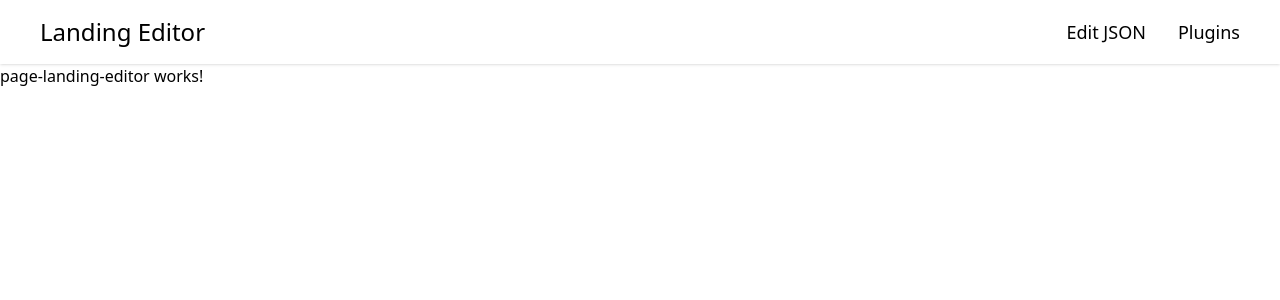
Repository: ShumilovMikhail/plugins-app
Page: / (app in app/frontend/)
These files come from the project's save history. The page is drawn as it stood at one moment and after the next save; the edit follows.
The browser window is 1280 px wide. The pictures show the whole page.
The project was rebuilt for these pictures with package versions that can differ from the ones it lists, and the page was loaded fresh each time. Also part of the build but not shown: app/frontend/angular.json.

Above is the page before, as saved 2024-05-13 07:54:05.

After the next save:
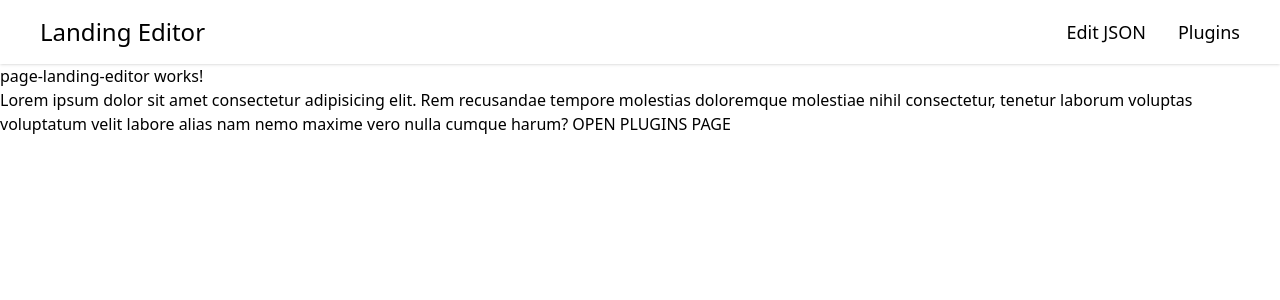
Saved 14 min 4 s later.
--- a/app/frontend/src/app/pages/page-landing-editor/page-landing-editor.component.html
+++ b/app/frontend/src/app/pages/page-landing-editor/page-landing-editor.component.html
@@ -1 +1,4 @@
 <p>page-landing-editor works!</p>
+Lorem ipsum dolor sit amet consectetur adipisicing elit. Rem recusandae tempore molestias doloremque molestiae nihil
+consectetur, tenetur laborum voluptas voluptatum velit labore alias nam nemo maxime vero nulla cumque harum?
+OPEN PLUGINS PAGE
